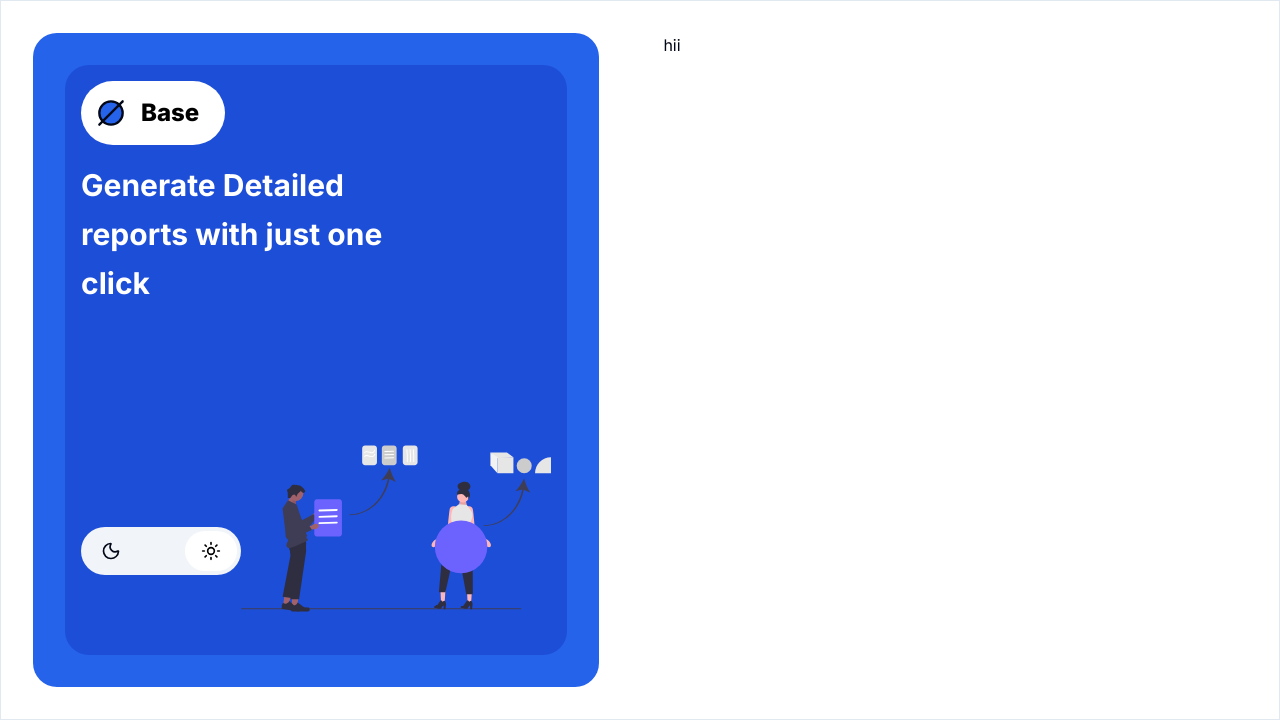
Repository: Hardyy00/openinapp_assignment
Page: /
An editor plug-in stored every save of this project. The page is shown before and after the next save, followed by the edit.
The browser window is 1280 px wide. The pictures show the whole page.
The project was rebuilt for these pictures with package versions that can differ from the ones it lists, and the page was loaded fresh each time. The framework's server and built-in components were replaced by stand-ins that run in the browser. Also part of the build but not shown: next.config.mjs.

Above is the page before, as saved 2024-08-23 15:41:41.

### app/layout.tsx
import type { Metadata } from "next";
import { Inter } from "next/font/google";
import "./globals.css";
import { ThemeProvider } from "@/components/theme-provider";

const inter = Inter({ subsets: ["latin"] });

export const metadata: Metadata = {
  title: "Create Next App",
  description: "Generated by create next app",
};

export default function RootLayout({
  children,
}: Readonly<{
  children: React.ReactNode;
}>) {
  return (
    <html lang="en">
      <body className={inter.className}>
        <ThemeProvider
          attribute="class"
          defaultTheme="system"
          storageKey="base"
        >
          {children}
        </ThemeProvider>
      </body>
    </html>
  );
}

### app/(auth)/layout.tsx
import { ThemeToggle } from "@/components/theme-toggle";
import { CircleSlash2 } from "lucide-react";
import Image from "next/image";

export default function Layout({ children }: { children: React.ReactNode }) {
  return (
    <div className="w-full h-full border flex flex-col lg:flex-row">
      <div className="flex-[0.5] p-8">
        <div className="p-8 bg-blue-600 h-full rounded-3xl">
          <div className="p-4 bg-blue-700 h-full rounded-3xl flex flex-col gap-y-4 justify-between">
            <div className="p-4 flex items-center bg-white rounded-full w-[9rem] space-x-4">
              <CircleSlash2 className="stroke-white-600 fill-blue-600 h-7 w-7" />
              <h1 className="text-black font-extrabold text-2xl ">Base</h1>
            </div>

            <div className="w-[80%]">
              <p className="text-3xl font-bold text-wrap leading-relaxed text-white">
                Generate Detailed reports with just one click
              </p>
            </div>

            <div className=" flex h-[24rem]">
              <div className="flex-[0.3] self-end pb-16">
                <ThemeToggle />
              </div>
              <div className="flex-1 h-[70%] self-end  relative">
                {/* <div className="h-[70%]"> */}
                {/* <div className=" relative h-[70%] "> */}
                <Image src={"/auth.svg"} fill alt="svg" />
                {/* </div> */}
                {/* </div> */}
              </div>
            </div>
          </div>
        </div>
      </div>

      <div>{children}</div>
    </div>
  );
}

### app/(auth)/page.tsx
export default function Page() {
  return (
    <div className="h-full p-8">
      <div className="">hii</div>
    </div>
  );
}

### components/theme-toggle.tsx
"use client";

import { Moon, Sun } from "lucide-react";
import { useTheme } from "next-themes";
import { Button } from "./ui/button";
import { cn } from "@/lib/utils";
import { useState } from "react";

interface ToggleThemeProps {
  className?: string;
}

export const ThemeToggle: React.FC<ToggleThemeProps> = ({ className = "" }) => {
  const { setTheme } = useTheme();
  const [on, setOn] = useState<String>("sun");

  const handleClick = (type: string) => {
    if (type === "sun") {
      setOn("sun");
      setTheme("light");
    } else {
      setOn("moon");
      setTheme("dark");
    }
  };

  return (
    <div className={cn("w-[10rem] p-1 rounded-full bg-secondary", className)}>
      <div className="flex w-full items-center justify-between">
        <Button
          variant={"ghost"}
          className={cn(
            "p-4 rounded-[4rem] transition-all",
            on === "moon" && "bg-black text-white"
          )}
          onClick={() => handleClick("moon")}
        >
          <Moon className="h-5 w-5" />
        </Button>

        <Button
          variant={"ghost"}
          className={cn(
            "p-4 rounded-[4rem] hover:bg-white hover:text-black transition-all",
            on === "sun" && "bg-white text-black"
          )}
          onClick={() => handleClick("sun")}
        >
          <Sun className="h-5 w-5" />
        </Button>
      </div>
    </div>
  );
};

### components/ui/button.tsx
import * as React from "react";
import { Slot } from "@radix-ui/react-slot";
import { cva, type VariantProps } from "class-variance-authority";

import { cn } from "@/lib/utils";

const buttonVariants = cva(
  "inline-flex items-center justify-center whitespace-nowrap rounded-md text-sm font-medium ring-offset-background transition-colors focus-visible:outline-none focus-visible:ring-2 focus-visible:ring-ring focus-visible:ring-offset-2 disabled:pointer-events-none disabled:opacity-50",
  {
    variants: {
      variant: {
        primary: "bg-blue-600 text-primary-foreground",
        default: "bg-primary text-primary-foreground hover:bg-primary/90",
        destructive:
          "bg-destructive text-destructive-foreground hover:bg-destructive/90",
        outline:
          "border border-input bg-background hover:bg-accent hover:text-accent-foreground",
        secondary:
          "bg-secondary text-secondary-foreground hover:bg-secondary/80",
        ghost: "hover:bg-accent hover:text-accent-foreground",
        link: "text-primary underline-offset-4 hover:underline",
      },
      size: {
        default: "h-10 px-4 py-2",
        sm: "h-9 rounded-md px-3",
        lg: "h-11 rounded-md px-8",
        icon: "h-10 w-10",
      },
    },
    defaultVariants: {
      variant: "default",
      size: "default",
    },
  }
);

export interface ButtonProps
  extends React.ButtonHTMLAttributes<HTMLButtonElement>,
    VariantProps<typeof buttonVariants> {
  asChild?: boolean;
}

const Button = React.forwardRef<HTMLButtonElement, ButtonProps>(
  ({ className, variant, size, asChild = false, ...props }, ref) => {
    const Comp = asChild ? Slot : "button";
    return (
      <Comp
        className={cn(buttonVariants({ variant, size, className }))}
        ref={ref}
        {...props}
      />
    );
  }
);
Button.displayName = "Button";

export { Button, buttonVariants };

Loaded but not shown: app/globals.css (common file); components/theme-provider.tsx (common file); lib/utils.ts (common file); tailwind.config.ts (common file)

After the next save:
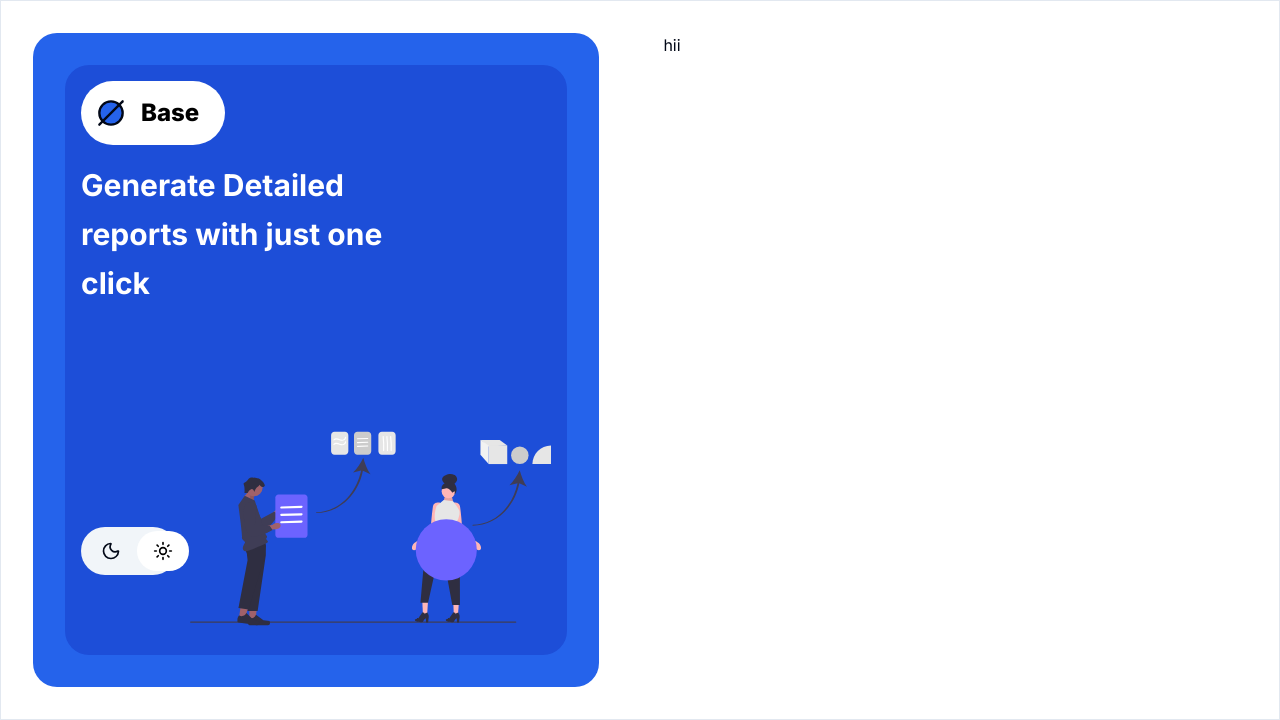
Saved 22 s later.
--- a/app/(auth)/layout.tsx
+++ b/app/(auth)/layout.tsx
@@ -21,7 +21,7 @@ export default function Layout({ children }: { children: React.ReactNode }) {
 
             <div className=" flex h-[24rem]">
               <div className="flex-[0.3] self-end pb-16">
-                <ThemeToggle />
+                <ThemeToggle className="w-[6rem]" />
               </div>
               <div className="flex-1 h-[70%] self-end  relative">
                 {/* <div className="h-[70%]"> */}
